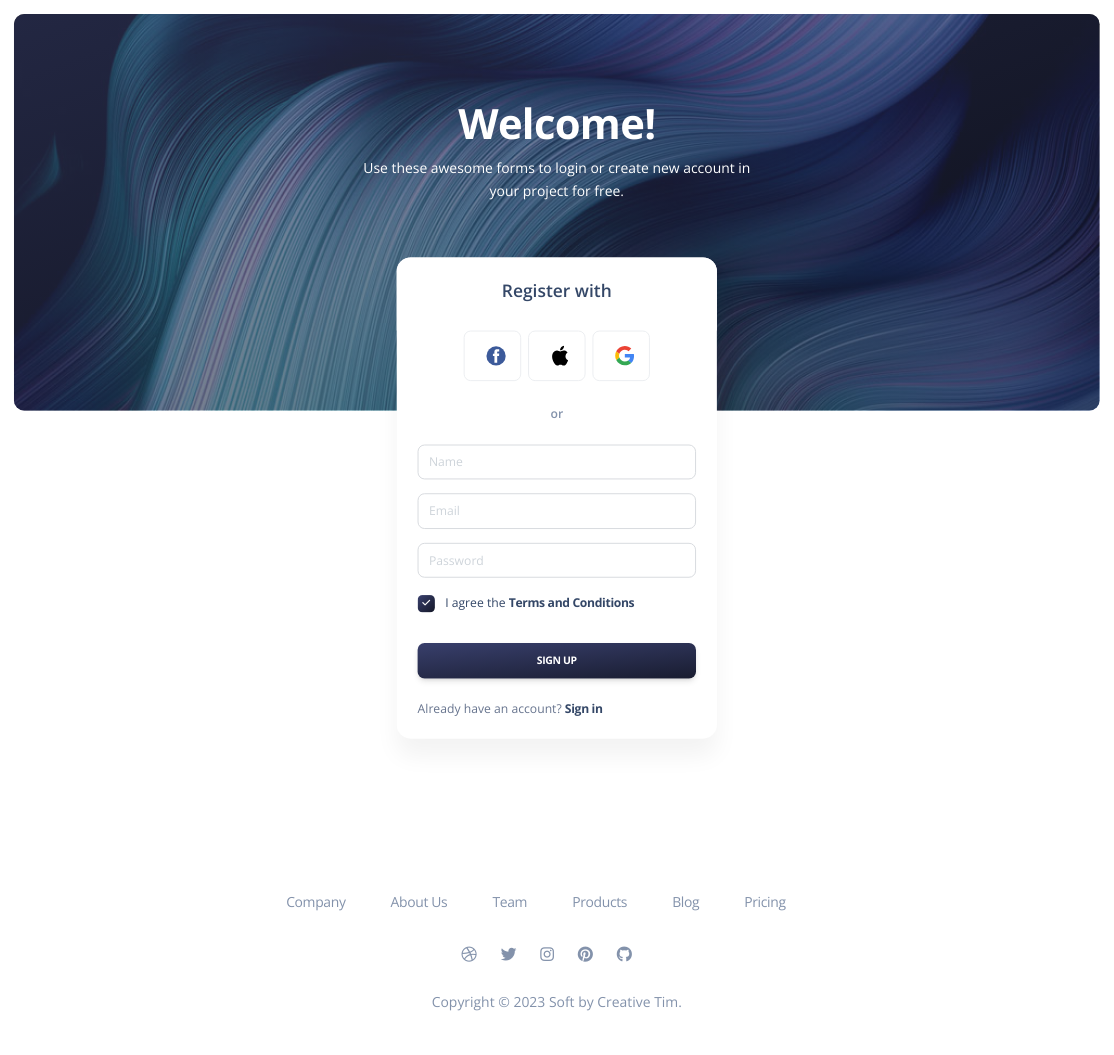
Repository: jigar-64/BlogOasis
Page: http://localhost/blogoasis/admin/pages/sign-up.php
These files come from the project's save history. The page is drawn as it stood at one moment and after the next save; the edit follows.
The browser window is 1280 px wide. The pictures show the whole page, at 87% of full size.
Some web libraries are served in a nearby version. The page is run by PHP 8.4 with error messages shown; the project is at /var/www/html/.

Above is the page before, as saved 2023-08-13 01:57:56.

After the next save:
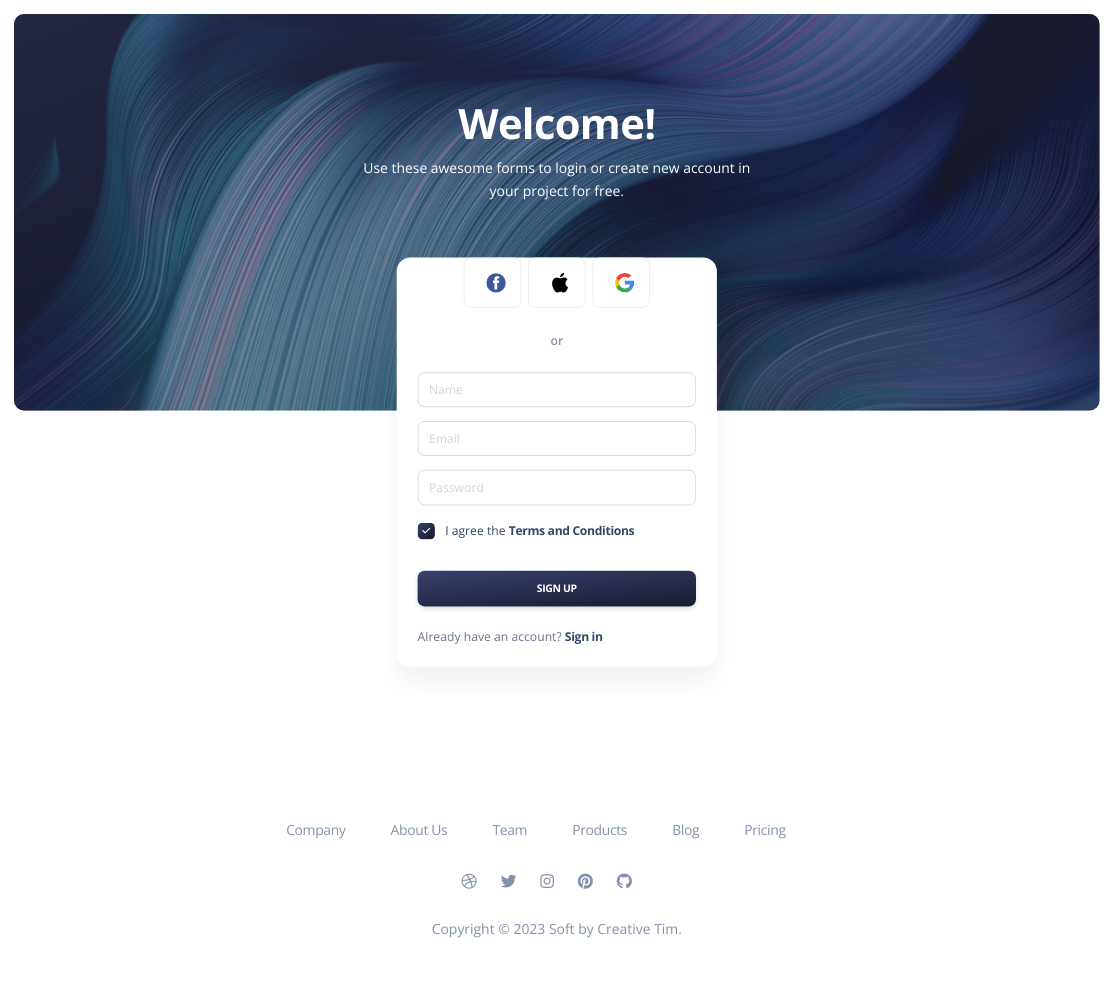
Saved 3 min 46 s later.
--- a/BlogOasis API/admin/pages/sign-up.php
+++ b/BlogOasis API/admin/pages/sign-up.php
@@ -44,9 +44,9 @@
           <div class="flex flex-wrap -mx-3 -mt-48 md:-mt-56 lg:-mt-48">
             <div class="w-full max-w-full px-3 mx-auto mt-0 md:flex-0 shrink-0 md:w-7/12 lg:w-5/12 xl:w-4/12">
               <div class="relative z-0 flex flex-col min-w-0 break-words bg-white border-0 shadow-soft-xl rounded-2xl bg-clip-border">
-                <div class="p-6 mb-0 text-center bg-white border-b-0 rounded-t-2xl">
+                <!-- <div class="p-6 mb-0 text-center bg-white border-b-0 rounded-t-2xl">
                   <h5>Register with</h5>
-                </div>
+                </div> -->
                 <div class="flex flex-wrap px-3 -mx-3 sm:px-6 xl:px-12">
                   <div class="w-3/12 max-w-full px-1 ml-auto flex-0">
                     <a class="inline-block w-full px-6 py-3 mb-4 font-bold text-center text-gray-200 uppercase align-middle transition-all bg-transparent border border-gray-200 border-solid rounded-lg shadow-none cursor-pointer hover:scale-102 leading-pro text-xs ease-soft-in tracking-tight-soft bg-150 bg-x-25 hover:bg-transparent hover:opacity-75" href="javascript:;">
